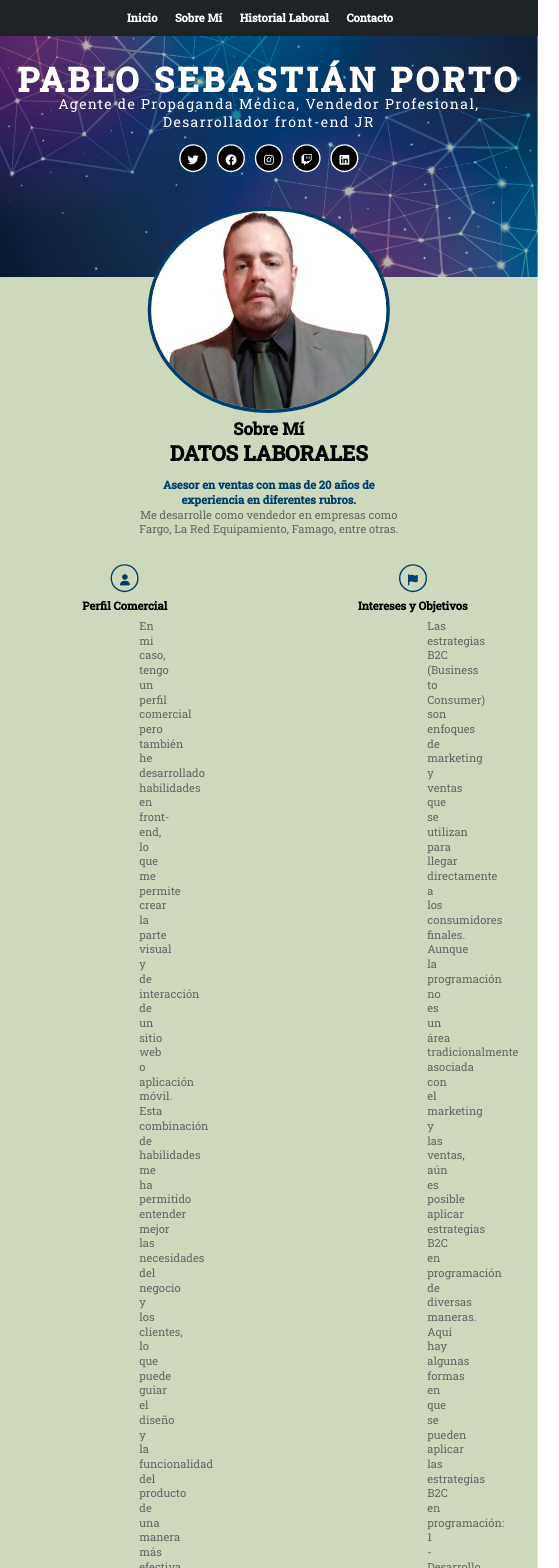
Repository: PabloSebastianPorto/Entrega-CV-1-ARG-PROG
Page: CVFINAL/CVfinal.HTML
These files come from the project's save history. The page is drawn as it stood at one moment and after the next save; the edit follows.
The browser window is 768 px wide. The page is 799 px wide, then 768 px, so the pictures cover 799 px, including what lies to the right of the window. The pictures show the part of the page from y = 0 to 2240 px (the page is 8244 px tall before and 5246 px after), at 70% of full size.
Some web libraries are served in a nearby version.

Above is the page before, as saved 2023-02-28 12:19:27.

### CVFINAL/CVfinal.HTML
<!DOCTYPE html>
<html lang="es">
  <head>
    <meta charset="UTF-8" />
    <meta http-equiv="X-UA-Compatible" content="IE=edge" />
    <meta name="viewport" content="width=device-width, initial-scale=1.0" />
    <title>Document</title>
    <link
      rel="stylesheet"
      href="https://cdnjs.cloudflare.com/ajax/libs/font-awesome/6.3.0/css/all.min.css"
      integrity="sha512-SzlrxWUlpfuzQ+pcUCosxcglQRNAq/DZjVsC0lE40xsADsfeQoEypE+enwcOiGjk/bSuGGKHEyjSoQ1zVisanQ=="
      crossorigin="anonymous"
      referrerpolicy="no-referrer"
    />
    <link rel="stylesheet" href="CVfinal.css" />
    <title>CV Pablo Sebastián Porto</title>
  </head>
  <body>
    <section class="inicio" id="inicio">
      <div class="contenido-seccion">
        <header>
          <div class="nav-clas"></div>
          <i class="fa-solid fa-bars"></i>
          <nav id="nav" class="nav">
            <a href="#Inicio">Inicio</a>
            <a href="#Sobre Mí">Sobre Mí</a>
            <a href="#Historial">Historial Laboral</a>
            <a href="#Contacto">Contacto</a>
          </nav>
        </header>
        <div class="info">
          <h1>PABLO SEBASTIÁN PORTO</h1>
          <h2>
            Agente de Propaganda Médica, Vendedor Profesional, Desarrollador
            front-end JR
          </h2>
          <div class="redes">
            <a href="#"><i class="fa-brands fa-twitter"></i></a>
            <a href="#"><i class="fa-brands fa-facebook"></i></a>
            <a href="#"><i class="fa-brands fa-instagram"></i></a>
            <a href="#"><i class="fa-brands fa-twitch"></i></a>
            <a href="#"><i class="fa-brands fa-linkedin"></i></a>
          </div>
        </div>
        <div class="foto">
          <img
            src="IMG/CVfoto.jpg"
            alt="Aca va una imagen, pero se la robaron"
          />
        </div>
      </div>
    </section>
    <section class="sobremi" id="sobremi">
      <div class="contenido-seccion">
        <h2 class="titulo-seccion">Sobre Mí</h2>
        <h3>Datos Laborales</h3>
        <p class="especial">
          Asesor en ventas con mas de 20 años de experiencia en diferentes
          rubros.
        </p>
        <p>
          Me desarrolle como vendedor en empresas como Fargo, La Red
          Equipamiento, Famago, entre otras.
        </p>
        <div class="fila">
          <div class="col">
            <i class="fa-solid fa-user"></i>
            <span class="titulo-detalle">Perfil Comercial</span>
            <p>
              En mi caso, tengo un perfil comercial pero también he desarrollado
              habilidades en front-end, lo que me permite crear la parte visual
              y de interacción de un sitio web o aplicación móvil. Esta
              combinación de habilidades me ha permitido entender mejor las
              necesidades del negocio y los clientes, lo que puede guiar el
              diseño y la funcionalidad del producto de una manera más efectiva.
              Como profesional con experiencia en ventas y marketing, puedo
              entender las métricas de negocio y las necesidades del usuario
              final. Por lo tanto, puedo crear interfaces de usuario que estén
              diseñadas para satisfacer las necesidades específicas de los
              clientes y mejorar la experiencia del usuario. Por ejemplo, puedo
              diseñar una página de inicio atractiva y fácil de navegar que
              ayude a los visitantes a encontrar lo que están buscando de manera
              eficiente. En resumen, mi perfil comercial combinado con
              habilidades en front-end me permite ser un activo valioso para un
              equipo de desarrollo de software. Puedo aportar una comprensión
              profunda de las necesidades del cliente y del negocio a la
              creación de interfaces de usuario atractivas y efectivas que
              satisfagan los objetivos comerciales y las necesidades de los
              usuarios finales.
            </p>
          </div>
          <div class="col">
            <i class="fa-solid fa-flag"></i>
            <span class="titulo-detalle">Intereses y Objetivos</span>
            <p>
              Las estrategias B2C (Business to Consumer) son enfoques de
              marketing y ventas que se utilizan para llegar directamente a los
              consumidores finales. Aunque la programación no es un área
              tradicionalmente asociada con el marketing y las ventas, aún es
              posible aplicar estrategias B2C en programación de diversas
              maneras. Aquí hay algunas formas en que se pueden aplicar las
              estrategias B2C en programación: 1 - Desarrollo de aplicaciones
              para consumidores: si está desarrollando una aplicación para
              consumidores finales, puede aplicar estrategias B2C para llegar a
              su público objetivo. Por ejemplo, puede utilizar técnicas de
              marketing digital para promocionar su aplicación a través de
              anuncios en redes sociales y motores de búsqueda. 2 - Análisis de
              datos de los clientes: si está utilizando la programación para
              recopilar y analizar datos de los clientes, puede utilizar
              técnicas de segmentación de mercado para identificar patrones en
              los datos y personalizar su enfoque de marketing y ventas para
              cada segmento de clientes. 3 - Marketing de contenido: si está
              creando contenido relacionado con la programación, puede aplicar
              estrategias B2C para llegar a su audiencia objetivo. Por ejemplo,
              puede utilizar técnicas de SEO para optimizar su contenido para
              los motores de búsqueda y atraer a más consumidores finales. 4 -
              Comunicación directa con los clientes: si está desarrollando
              software o aplicaciones para empresas que luego serán utilizadas
              por consumidores finales, puede aplicar estrategias B2C para
              mejorar la comunicación directa con los clientes. Por ejemplo,
              puede utilizar herramientas de chat en vivo para permitir que los
              clientes se comuniquen directamente con su equipo de soporte
              técnico. En resumen, aunque la programación no está directamente
              relacionada con el marketing y las ventas, aún es posible aplicar
              estrategias B2C en programación para llegar a los consumidores
              finales de diversas maneras.
            </p>
          </div>
        </div>
      </div>
    </section>
    <section class="resumen" id="resumen">
      <div class="contenido-seccion">
        <h2 class="titulo-seccion">Resumen</h2>
        <h3>Mi preparación y experiencia</h3>
        <div class="info">
          <div class="col">
            <span class="titulo">Educación</span>
            <table>
              <tr>
                <td class="datos">
                  <h3>2000 - 2003</h3>
                </td>
                <td rowspan="2" class="descripcion">
                  El Agente de Propaganda Médica (APM) es una persona capacitada para realizar la gestión estratégica de marketing, la aplicación de tácticas y estrategias comerciales y la identificación de requerimientos acerca de novedades farmacológicas solicitadas por los profesionales médicos.
                </td>
              </tr>
              <tr>
                <td>
                  <h4>Agente de Propaganda Médica</h4>
                  <p>Instituto de Agentes de Propaganda Médica</p>
                  <span class="promedio">4.2 / 5</span>
                </td>
              </tr>
            </table>
            <table>
              <tr>
                <td class="datos">
                  <h3>2022 - 2023</h3>
                </td>
                <td rowspan="2" class="descripcion">
                  Estudiante de programación FullStack en el programa nacional "Argentina Programa 4.0" junto a la Academia Ticmas.
                </td>
              </tr>
              <tr>
                <td>
                  <h4>Programador FS en curso</h4>
                  <p>Argentina Programa</p>
                  </td>
              </tr>
            </table>
          </div>
          <div class="col">
            <span class="titulo">Experiencia Laboral</span>
            <table>
              <tr>
                <td class="datos">
                  <h3>13 Años</h3>
                </td>
                <td rowspan="2" class="descripcion">
                  Fargo es el principal productor y distribuidor de pan y productos de panificación en Argentina, la empresa vende sus productos bajo las marcas FARGO®, LACTAL® y ALL NATURAL®, entre otras, por los canales de mayoreo, minoristas e institucionales.
                </td>
              </tr>
              <tr>
                <td>
                  <h4>Fargo</h4>
                  <p>Vendedor</p>
                </td>
              </tr>
            </table>
            <table>
              <tr>
                <td class="datos">
                  <h3>6 Años</h3>
                </td>
                <td rowspan="2" class="descripcion">
                  Empresas líderes en equipamiento comercial, gastronómico y linea de hogar.
                </td>
              </tr>
              <tr>
                <td>
                  <h4>La Red, Famago.</h4>
                  <p>Jefe de Ventas</p>
                </td>
              </tr>
            </table>
          </div>
        </div>
      </div>
    </section>
    <section class="contacto" id="contacto">
      <div class="contenido-seccion">
        <h2 class="titulo-seccion">Contacto</h2>
        <h3>Datos de Contacto</h3>

        <div class="fila">
          <div class="col">
            <h2><i class="fa-solid fa-phone"></i> Teléfono</h2>
            <span class="info-contacto">3413152496</span>
          </div>
          <div class="col">
            <h2><i class="fa-solid fa-envelope"></i> Correo</h2>
            <span class="info-contacto">pablosebastianporto@gmail.com</span>
          </div>
         </div>
      </div>
    </section>
    </section>
  </body>
</html>

### CVFINAL/CVfinal.css
@import url("https://fonts.googleapis.com/css2?family=Roboto+Slab:wght@100;200;300;400;500&display=swap");
* {
  box-sizing: border-box;
  font-family: "Roboto Slab", serif;
  margin: 0;
  padding: 0;
}
html {
  box-sizing: border-box;
  font-family: "Roboto Slab", serif;
  margin: 0;
  padding: 0;
}
html {
  scroll-behavior: smooth;
}
.inicio {
  background: linear-gradient(rgba(0, 0, 0, 0.3), rgba(0, 0, 0, 0.3)),
    url(IMG/imagen-fondo.jpg);
  background-size: cover;
  background-position: center center;
  color: #ffffff;
}
.inicio .contenido-seccion {
  max-width: 1000px;
  margin: auto;
  text-align: center;
  padding: 0 10px;
}
.inicio .contenido-seccion header {
  padding: 30px;
}
.inicio .contenido-seccion header nav {
  background: #1e2326;
  position: fixed;
  width: 100%;
  top: 0;
  left: 0;
  z-index: 99;
  display: flex;
  justify-content: center;
}
.inicio .contenido-seccion header nav a {
  display: block;
  color: #ffffff;
  text-decoration: none;
  margin-bottom: 15px;
  margin-top: 15px;
  margin-right: 25px;
  font-weight: bold;
}
.inicio .contenido-seccion header nav a:hover {
  color: #ced8bc;
  transition: color 0.3s ease;
}
.inicio .contenido-seccion .info {
  padding-bottom: 130px;
}
.inicio .contenido-seccion .info h1 {
  font-size: 3rem;
  letter-spacing: 5px;
}
.inicio .contenido-seccion .info h2 {
  font-weight: normal;
  font-size: 20px;
  margin-top: -10px;
  letter-spacing: 2px;
}
.inicio .contenido-seccion .info .redes {
  margin: 20px 0;
}
.inicio .contenido-seccion .info .redes a {
  display: inline-block;
  text-decoration: none;
  background-color: #000;
  color: #ffffff;
  border: 2px solid #ffffff;
  border-radius: 50%;
  width: 40px;
  height: 40px;
  line-height: 40px;
  margin: 0 5px;
  transition: 0.3s;
}
.inicio .contenido-seccion .info .redes a:hover {
  color: #fff;
  background-color: #003e6c;
  box-shadow: 0 0 20px #fff;
}
.inicio .contenido-seccion .foto {
  position: relative;
}
.inicio .contenido-seccion .foto img {
  max-width: 350px;
  max-height: 350px;
  border-radius: 50%;
  border: 5px solid #003e6c;
  position: absolute;
  left: 50%;
  top: -100px;
  transform: translateX(-50%);
}
.sobremi {
  background-color: #ced8bc;
  padding: 200px 0 200px 0;
  text-align: center;
}
.sobremi .contenido-seccion {
  max-width: 3000px;
  margin: auto;
  padding: 0 10px;
}
.sobremi .contenido-seccion h3 {
  text-transform: uppercase;
  font-size: 30px;
}
.sobremi .contenido-seccion .especial {
  color: #003e6c;
  font-weight: bold;
  margin-top: 15px;
}
.sobremi .contenido-seccion p {
  max-width: 1000px;
  margin: auto;
  color: #666;
  padding-left: 5cm;
  padding-right: 5cm;
}
.sobremi .contenido-seccion .fila {
  display: flex;
  margin-top: 40px;
  justify-content: space-between;
}
.sobremi .contenido-seccion .fila .col {
  width: 45%;
}
.sobremi .contenido-seccion .fila .col i {
  color: #003e6c;
  display: inline-block;
  width: 40px;
  height: 40px;
  border: 2px solid #003e6c;
  line-height: 40px;
  border-radius: 50%;
}
.sobremi .contenido-seccion .fila .col span {
  display: block;
  font-weight: bold;
  margin: 8px 0;
}
.resumen {
  background-color: #e6e6e6;
  padding: 140px 0 100px 0;
  text-align: center;
}
.resumen .contenido-seccion {
  max-width: 1000px;
  margin: auto;
  padding: 0 10px;
}
.resumen .contenido-seccion h3 {
  text-transform: uppercase;
  font-size: 30px;
}
.resumen .contenido-seccion .info {
  text-align: left;
  display: flex;
  justify-content: space-between;
  margin-top: 30px;
}
.resumen .contenido-seccion .info .col {
  width: 45%;
}
.resumen .contenido-seccion .info .col .titulo {
  display: inline-block;
  color: #003e6c;
  font-weight: bold;
  border: 2px solid #003e6c;
  padding: 10px;
}
.resumen .contenido-seccion .info .col table {
  margin-top: 30px;
  border-collapse: collapse;
}
.resumen .contenido-seccion .info .col table .datos {
  width: 40%;
  border-bottom: 1px solid #bab9b9;
}
.resumen .contenido-seccion .info .col table h4 {
  margin-top: 10px;
}
.resumen .contenido-seccion .info .col table h3 {
  font-size: 20px;
  margin-bottom: 5px;
}
.resumen .contenido-seccion .info .col table p {
  font-size: 14px;
}
.resumen .contenido-seccion .info .col table .promedio {
  display: block;
  color: #003e6c;
  margin-top: 10px;
  font-weight: bold;
}
.resumen .contenido-seccion .info .col table .descripcion {
  border-left: 1px solid #bab9b9;
  padding-left: 20px;
}

After the next save:
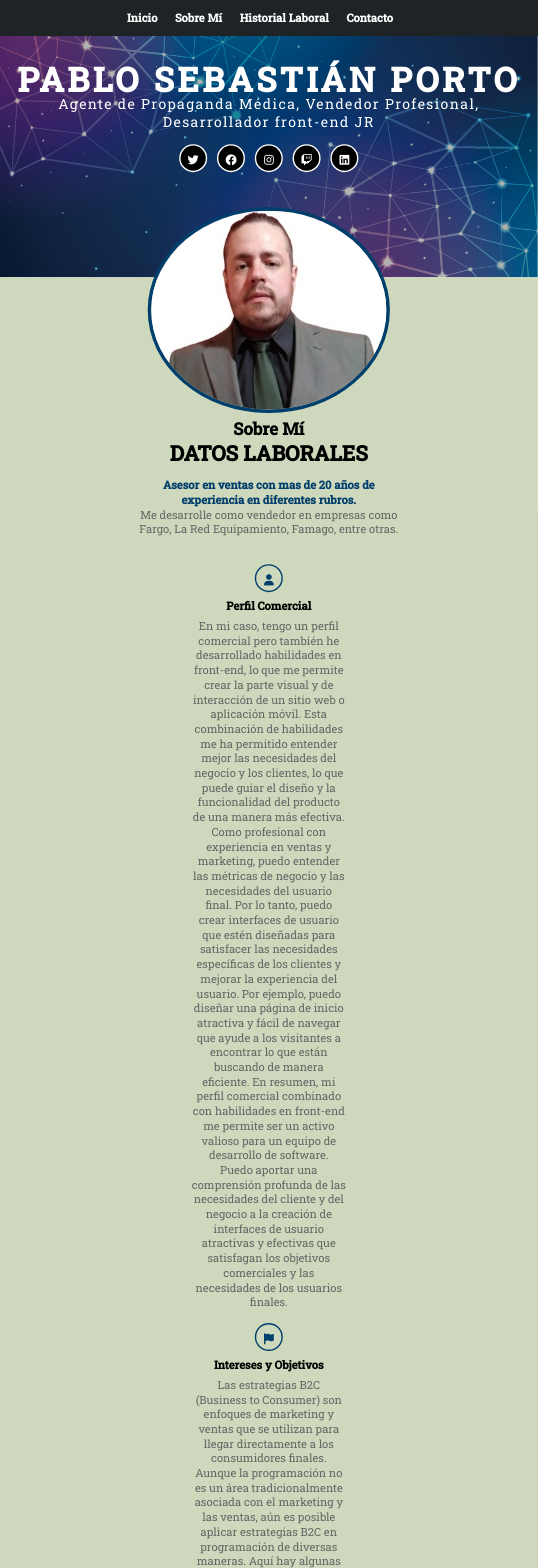
Saved 54 s later.
--- a/CVFINAL/CVfinal.css
+++ b/CVFINAL/CVfinal.css
@@ -206,3 +206,67 @@ html {
   border-left: 1px solid #bab9b9;
   padding-left: 20px;
 }
+.contacto {
+  background-color: #202020;
+  padding: 140px 0 100px 0;
+  color: #e6e6e6;
+  text-align: center;
+}
+.contacto .contenido-seccion {
+  max-width: 1000px;
+  margin: auto;
+  padding: 0 10px;
+}
+.contacto .contenido-seccion h3 {
+  text-transform: uppercase;
+  font-size: 30px;
+}
+.contacto .contenido-seccion .fila {
+  display: flex;
+  justify-content: space-around;
+}
+.contacto .contenido-seccion .fila .col {
+  margin-top: 50px;
+}
+.contacto .contenido-seccion .fila .col h2 {
+  color: #940253;
+}
+/* SECCION RESPONSIVE */
+@media screen and (max-width: 800px) {
+  .habilidades .contenido-seccion .fila {
+    display: block;
+  }
+  .habilidades .contenido-seccion .fila .col {
+    width: 100%;
+    text-align: center;
+  }
+  .habilidades .contenido-seccion .fila .col .cont-barra {
+    justify-content: center;
+  }
+  .sobremi .contenido-seccion .fila {
+    display: block;
+  }
+  .sobremi .contenido-seccion .fila .col {
+    width: 80%;
+    margin: auto;
+    margin-top: 20px;
+  }
+  .resumen .contenido-seccion .info {
+    display: block;
+  }
+  .resumen .contenido-seccion .info .col {
+    width: 90%;
+    margin: auto;
+  }
+  .resumen .contenido-seccion .info .col .titulo {
+    display: block;
+    text-align: center;
+  }
+  .resumen .contenido-seccion .info .col table {
+    margin-top: 10px;
+    margin-bottom: 30px;
+  }
+  .contacto .contenido-seccion .fila {
+    display: block;
+  }
+}
